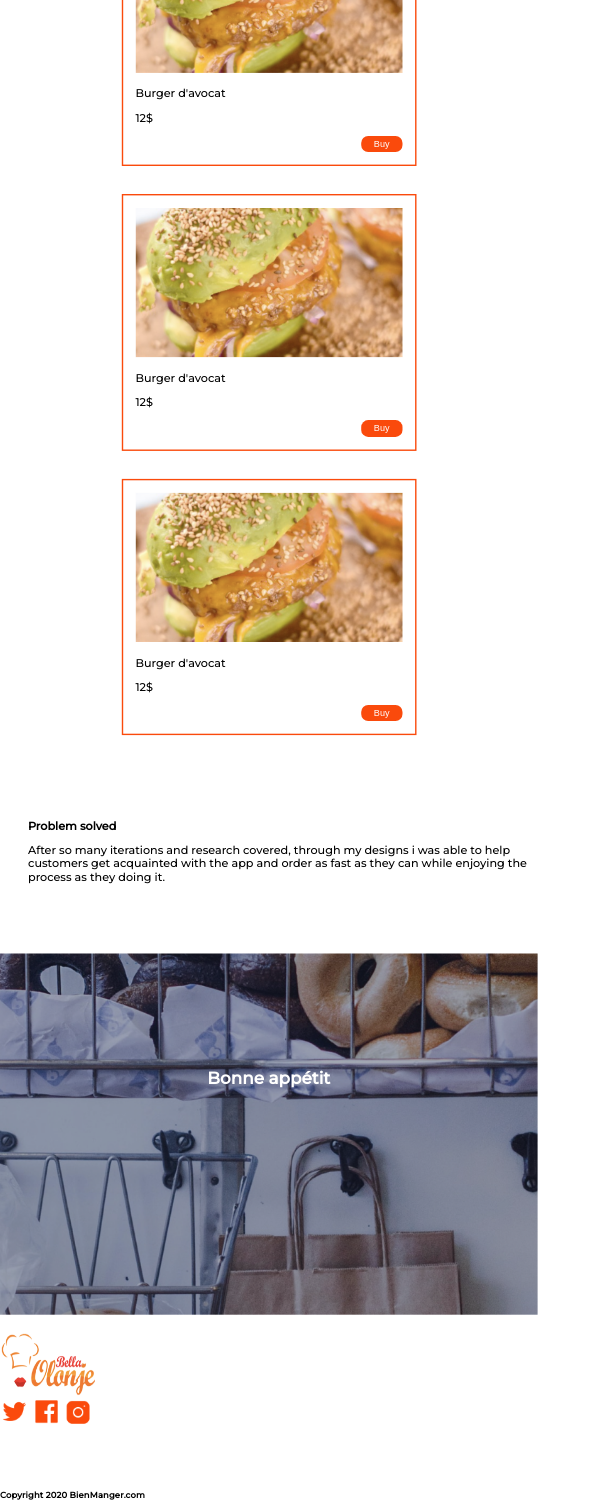
Repository: Ahlam-belhadj/bella-olange
Page: index.html
An editor plug-in stored every save of this project. The page is shown before and after a run of saves, followed by the edit.
The browser window is 768 px wide. The page is 858 px wide, so the pictures cover 858 px, including what lies to the right of the window. The pictures show the part of the page from y = 4003 to 6243 px (the page is 6160 px tall before and 6243 px after), at 70% of full size.

Above is the page before, as saved 2023-02-12 00:41:45.

### index.html
<!DOCTYPE html>
<html lang="en">

<head>
    <meta charset="UTF-8">
    <meta http-equiv="X-UA-Compatible" content="IE=edge">
    <meta name="viewport" content="width=device-width, initial-scale=1.0">
    <link rel="stylesheet" href="style.css">
    <title>Bella olanje</title>
</head>

<body>
    <header>
        <nav>
            <div class="logo"><img  class="logo" src="image/logo_bella_olonje.png" alt="logo"></div>
            <ul>
                <li><a href="#" class="nav-link">Home</a></li>
                <li><a href="#" class="nav-link">Pizza</a></li>
                <li><a href="#" class="nav-link">Burgers</a></li>
                <li><a href="#" class="nav-link">Salade</a></li>
                <li><a href="#" class="nav-link">Contact</a></li>

            </ul>
            <div class="icon_navbar">
                <label for="click" class="menu-btn">
                  <i class="fas fa-bars"></i>
                </label>
            </div>
          </nav>

        <div class="title">
            <div class="texte">
                <h3>Food app</h3>
                <h1>Chez Bella <br>
                    chaque désire s'additionne.</h1>
            </div>
        </div>
    </header>
    <main>
        <h2 id="pizza" >Nos Pizza</h2>
        <div class="container-card">
            <div class="border">
                <div class="card-img">
                    <img src="image/fromage.png" alt="">
                </div>
                <div class="card-text">
                    <p>
                        Pizza 4 Fromage
                    </p>
                </div>
                <div class="prix">
                    <p>
                        12$
                    </p>
                </div>
                <div class="button1">
                    <a href="index2.html"><button class="button" type="button">Buy</button></a>
                </div>
            </div>
            <div class="border">
                <div class="card-img">
                    <img src="image/fromage.png" alt="">
                </div>
                <div class="card-text">
                    <p>
                        Pizza 4 Fromage
                    </p>
                </div>
                <div class="prix">
                    <p>
                        12$
                    </p>
                </div>
                <div class="button1">
                    <a href="index2.html"><button class="button" type="button">Buy</button></a>
                </div>
            </div>
            <div class="border">
                <div class="card-img">
                    <img src="image/fromage.png" alt="">
                </div>
                <div class="card-text">
                    <p>
                        Pizza 4 Fromage
                    </p>
                </div>
                <div class="prix">
                    <p>
                        12$
                    </p>
                </div>
                <div class="button1">
                    <a href="index2.html"><button class="button" type="button">Buy</button></a>
                </div>
            </div>
        </div>
        <hr id="burgers">
        <h2>Nos Burgers</h2>
        <div class="container-card">
            <div class="border">
                <div class="card-img">
                    <img src="image/salade.png" alt="">
                </div>
                <div class="card-text">
                    <p>
                        Burger d'avocat
                    </p>
                </div>
                <div class="prix">
                    <p>
                        12$
                    </p>
                </div>
                <div class="button1">
                    <a href="index2.html"><button class="button" type="button">Buy</button></a>
                </div>
            </div>
            <div class="border">
                <div class="card-img">
                    <img src="image/salade.png" alt="">
                </div>
                <div class="card-text">
                    <p>
                        Burger d'avocat
                    </p>
                </div>
                <div class="prix">
                    <p>
                        12$
                    </p>
                </div>
                <div class="button1">
                    <a href="index2.html"><button class="button" type="button">Buy</button></a>
                </div>
            </div>
            <div class="border">
                <div class="card-img">
                    <img src="image/salade.png" alt="">
                </div>
                <div class="card-text">
                    <p>
                        Burger d'avocat
                    </p>
                </div>
                <div class="prix">
                    <p>
                        12$
                    </p>
                </div>
                <div class="button1">
                    <a href="index2.html"><button class="button" type="button">Buy</button></a>
                </div>
            </div>
        </div>
        <hr id="salade">
        <h2>Nos Salade</h2>
        <div class="container-card">
            <div class="border">
                <div class="card-img">
                    <img src="image/burger.png" alt="">
                </div>
                <div class="card-text">
                    <p>
                        Burger d'avocat
                    </p>
                </div>
                <div class="prix">
                    <p>
                        12$
                    </p>
                </div>
                <div class="button1">
                    <a href="index2.html"><button class="button" type="button">Buy</button></a>
                </div>
            </div>
            <div class="border">
                <div class="card-img">
                    <img src="image/burger.png" alt="">
                </div>
                <div class="card-text">
                    <p>
                        Burger d'avocat
                    </p>
                </div>
                <div class="prix">
                    <p>
                        12$
                    </p>
                </div>
                <div class="button1">
                    <a href="index2.html"><button class="button" type="button">Buy</button></a>
                </div>
            </div>
            <div class="border">
                <div class="card-img">
                    <img src="image/burger.png" alt="">
                </div>
                <div class="card-text">
                    <p>
                        Burger d'avocat
                    </p>
                </div>
                <div class="prix">
                    <p>
                        12$
                    </p>
                </div>
                <div class="button1">
                    <a href="index2.html"><button class="button" type="button">Buy</button></a>
                </div>
            </div>
        </div>


        <strong>
            Problem solved
        </strong>


        <p class="texte3">After so many iterations and research covered, through my designs i was able to help <br> customers get
            acquainted
            with the app and order as fast as they can while enjoying the <br>
            process as they doing it.</p>



        <div class="title1">
            <div class="texte">
                <h2>Bonne appétit</h2>
            </div>
        </div>

        <footer class="footer">
            <img class="footer_logo" src="image/logo_bella_olonje.png" alt="logo">
            <div class="social">
                <img src="image/ant-design_twitter-outlined.png" alt="panier">
                <img src="image/ant-design_facebook-filled.png" alt="facebook">
                <img src="image/instagram.png" alt="insta">
            </div>
            <p class="copy">Copyright 2020 BienManger.com</p>
        </footer>
    </main>

</body>

</html>

### style.css
@import url('https://fonts.googleapis.com/css2?family=Montserrat:wght@100;200;500&display=swap');

body {
    font-family: Montserrat, sans-serif;
    margin: auto;
}


.logo {
    height: 80px;
}

nav {
    display: flex;
    height: 80px;
    width: 100%;
    background: white;
    align-items: center;
    justify-content: space-between;
    padding: 0 50px 0 100px;
    flex-wrap: wrap;
  }

  nav .logo {
    color: #fff;
    font-size: 20px;
    text-transform: uppercase;
    text-decoration: none;
  }

  nav a {
    color: #fff;
    text-decoration: none;
  }

  nav ul {
    display: flex;
    flex-wrap: wrap;
    list-style: none;

  }

  nav ul li {
    margin: 0 5px;
  }

  nav ul li a {
    color: black;
    text-decoration: none;
    font-size: 16px;
    font-weight: 500;
    padding: 8px 15px;
    border-radius: 5px;
    letter-spacing: 1px;
    transition: all 0.3s ease;
  }

  nav .icon_navbar {
    display: flex;
  }



  nav .menu-btn i {
    color: #050505;
    font-size: 22px;
    cursor: pointer;

  }

  input[type="checkbox"] {
    display: none;
  }

  @media (max-width: 1000px) {
    nav {
      padding: 0 40px 0 50px;
    }

    nav .logo {
      color: #fff;
      font-size: 16px;
      text-transform: uppercase;
    }
  }

  @media (max-width: 1250px) {
    nav .menu-btn i {
      display: block;
    }

    #click:checked~.menu-btn i:before {
      content: "\f00d";
    }

    nav ul {
      position: fixed;
      top: 80px;
      right: -100%;
      background: #C81100;
      height: 100vh;
      width: 60%;
      text-align: center;
      display: block;
      transition: all 0.3s ease;
    }

    #click:checked~ul {
      right: 0;
    }

    nav ul li {
      width: 100%;
      margin: 40px 0;
    }

    nav ul li a {
      width: 100%;
      display: block;
      font-size: 20px;
      transition: 0.6s cubic-bezier(0.68, -0.55, 0.265, 1.55);
    }

    #click:checked~ul li a {
      margin-left: 0px;
    }

    nav ul li a.active,
    nav ul li a:hover {
      background: none;
      color: #1E1E1E;
    }
  }

.title {
  background-image: url(image/Rectangle\ 48.png);
  height: 619px;
  background-repeat: no-repeat;
  background-position: center;
  background-size: cover;



}

.texte{
    color: white;
    display: flex;
    align-items: center;
    justify-content: center;
    flex-direction: column;
    text-align: center;
    height: 50%;
}

h2{
    text-align:center;
    padding-top: 100px;
}

.container-card{
    display: flex;
    flex-direction: row;
    justify-content: space-around;
    align-items: center;
    margin-bottom: 100px;

}

.border{
    border: 2px solid #fa4a0c;
    padding: 18px;

}


.button {
    border: 0;
    line-height: 1.8;
    padding: 0 18px;
    font-size: 13px;
    text-align: center;
    color: #fff;
    border-radius: 10px;
    background-color:#FA4A0C;

}


.button1{
    display: flex;
    justify-content: end;

}

.imgf{
    height: 619px;
}

.title1 {
    background-image: url(image/Rectangle\ 47.png);
    height: 516px;
    background-repeat: no-repeat;
    background-position: center;
    background-size: cover;



}

p.texte3 {

    margin-bottom: 100px;
    padding-left: 40px;
}

.footer {
    padding: 0 115px 54px 115px;
    display: flex;
    flex-direction: row;
    justify-content: space-between;
}

.footer_logo {
    padding-top: 17px;
    height: 90px;
}

.social {
    padding-top: 66px;
}

.copy {
    padding-top: 74px;
    font-family: Montserrat;
    font-style: normal;
    font-weight: 700;
    font-size: 12px;
    line-height: 18px;
    letter-spacing: 0.2px;
}


hr {
    width: 50%;
    height: 2px;
    background-color:#E4E4E4;
    border: none;
}

strong {
    padding-left: 40px;

}



@media (max-width:801px) {

    .container-card{
        flex-direction: column;
    }

    .border {
        margin: 20px;
    }


    .footer{
        padding: 0;
        display: flex;
        flex-direction: column;
    }


    .footer_logo{
        width: 150px;
        height: 100px;
       padding: ;
    }
    .social {
        padding: 0;
    }

    .nav-menu {
        width: 105%;
    }



}

After the next 2 saves:
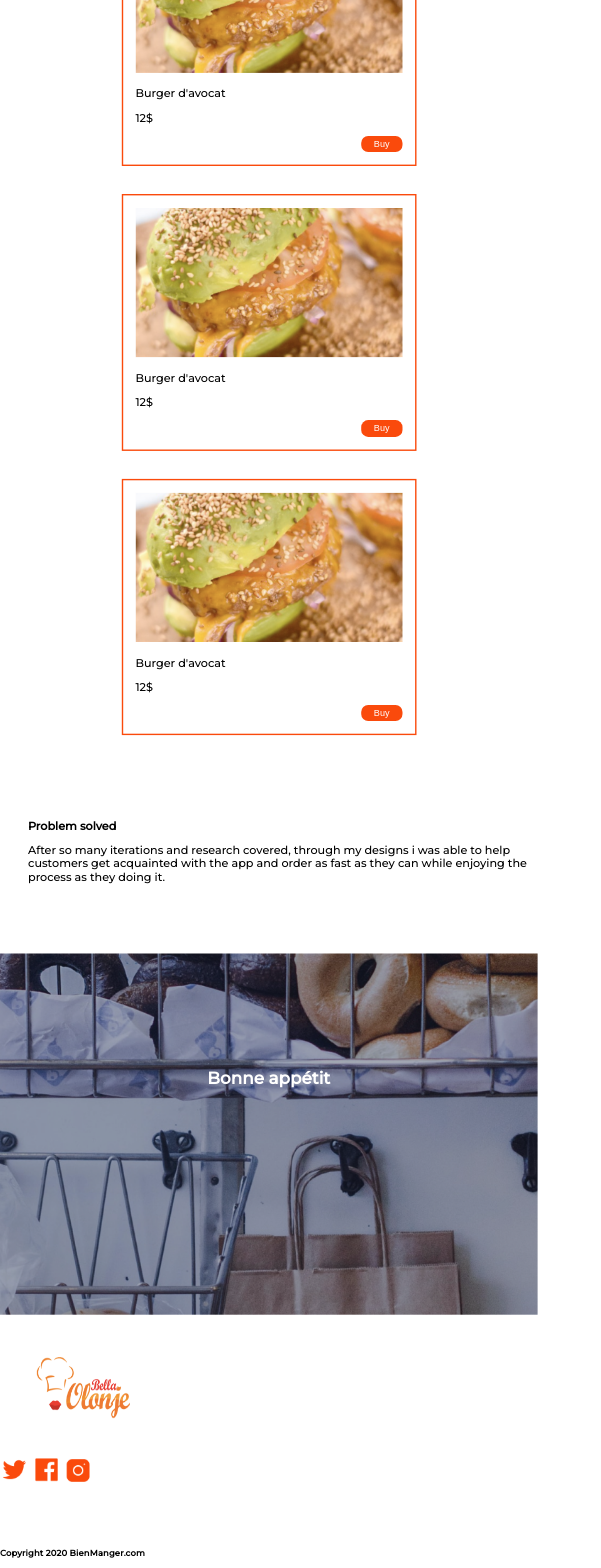
The 2 saves are shown as one change because they came seconds apart.
The last was saved 6 s later.
--- a/style.css
+++ b/style.css
@@ -276,7 +276,7 @@ strong {
     .footer_logo{
         width: 150px;
         height: 100px;
-       padding: ;
+       padding: 50px;
     }
     .social {
         padding: 0;
